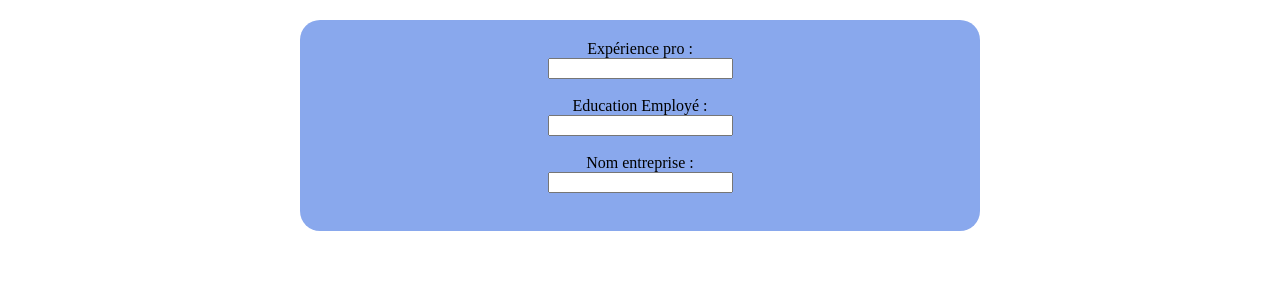
Repository: Nietsab/tp_PHP
Page: http://localhost/
These files come from the project's save history. The page is drawn as it stood at one moment and after the next save; the edit follows.
The browser window is 1280 px wide. The pictures show the whole page.
The page is run by PHP 8.4 with error messages shown; the project is at /var/www/html/.

Above is the page before, as saved 2022-04-06 16:47:22.

### index.php
<?php
    error_reporting(E_ERROR | E_PARSE);

    $nom = $_POST["nom"];
    $prenom = $_POST["prenom"];
    $mail = $_POST["mail"];
    $experience = $_POST["experience"];
    $diplome = $_POST["diplome"];

    $servername = "localhost:8889";
    $username = "root";
    $password = "root";
    $database = "test";

    // Create connection
    $conn = new mysqli($servername, $username, $password, $database);

    // Check connection
    if ($conn->connect_error) {
    die("Connection failed: " . $conn->connect_error);
    }
    //echo "Connected successfully";
    if(!is_null($nom) && !is_null($prenom) && !is_null($mail) && !is_null($experience) && !is_null($diplome)){
        $sql = "INSERT INTO information (nom, prenom, mail, experience, diplome) VALUES ('".$nom."','".$prenom."','".$mail."', '".$experience."','".$diplome."')";
        if ($conn->query($sql) === TRUE) {
            require('fpdf.php');
            $pdf = new FPDF();
            $pdf->AddPage();
            $pdf->SetFont('Arial','B',11);
            $pdf->Image('background.jpg',30,6,150);
            $pdf->Ln(3);
            $pdf->Cell(90);
            $pdf->Cell(1,20,'Nom:'.$nom);
            $pdf->Ln(1);
            $pdf->Cell(90);
            $pdf->Cell(1,30,'Prenom:'.$prenom);
            $pdf->Ln(1);
            $pdf->Cell(90);
            $pdf->Cell(1,40,'Mail:'.$mail);
            $pdf->Ln(32);
            $pdf->Cell(75);
            $pdf->Cell(1,50,$experience);
            $pdf->Ln(36);
            $pdf->Cell(75);
            $pdf->Cell(1,60,'Diplomes:'.$diplome);
            $pdf->Output();
            //echo "New record created successfully";
        } else {
            echo "Error: " . $sql . "<br>" . $conn->error;
        }
    }
?>
<!DOCTYPE html>
<html>
<head>
    <style>
        body{
            margin:0;
            padding:0;
        }
        form {
            background-color: #89a8ed;
            padding: 20px;
            width: 50%;
            margin: auto;
            display: flex;
            flex-direction: column;
            align-items: center;
            border-radius: 20px;
            margin-top: 20px;
        }
        form div{
            display: flex;
            justify-content: space-between;
            width: 100%;
        }
        button{
            margin-top: 20px;
            padding: 10px;
            background-color: white;
            border: none;
            border-radius:50px;
            transition:0.2s;
        }
        button:hover{
            transform: scale(1.1) rotate(180deg);
        }
        input{
            transition:0.2s;
        }
        input:focus{
            transform: rotate(180deg);
        }
    </style>
</head>
<body>
<form action="./index.php" method="post">
Expérience pro : <input type="text" name="experiencePro"/><br>
Education Employé : <input type="text" name="educationEmp"/><br>
Nom entreprise : <input type="text" name="NomEntreprise"/><br>
</form>
</body>
</html>

After the next save:
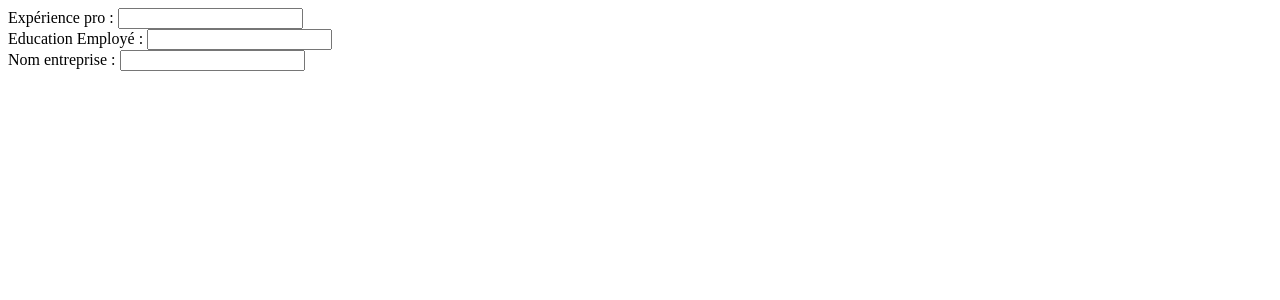
Saved 5 s later.
--- a/index.php
+++ b/index.php
@@ -53,46 +53,6 @@
 <!DOCTYPE html>
 <html>
 <head>
-    <style>
-        body{
-            margin:0;
-            padding:0;
-        }
-        form {
-            background-color: #89a8ed;
-            padding: 20px;
-            width: 50%;
-            margin: auto;
-            display: flex;
-            flex-direction: column;
-            align-items: center;
-            border-radius: 20px;
-            margin-top: 20px;
-        }
-        form div{
-            display: flex;
-            justify-content: space-between;
-            width: 100%;
-        }
-        button{
-            margin-top: 20px;
-            padding: 10px;
-            background-color: white;
-            border: none;
-            border-radius:50px;
-            transition:0.2s;
-        }
-        button:hover{
-            transform: scale(1.1) rotate(180deg);
-        }
-        input{
-            transition:0.2s;
-        }
-        input:focus{
-            transform: rotate(180deg);
-        }
-    </style>
-</head>
 <body>
 <form action="./index.php" method="post">
 Expérience pro : <input type="text" name="experiencePro"/><br>
